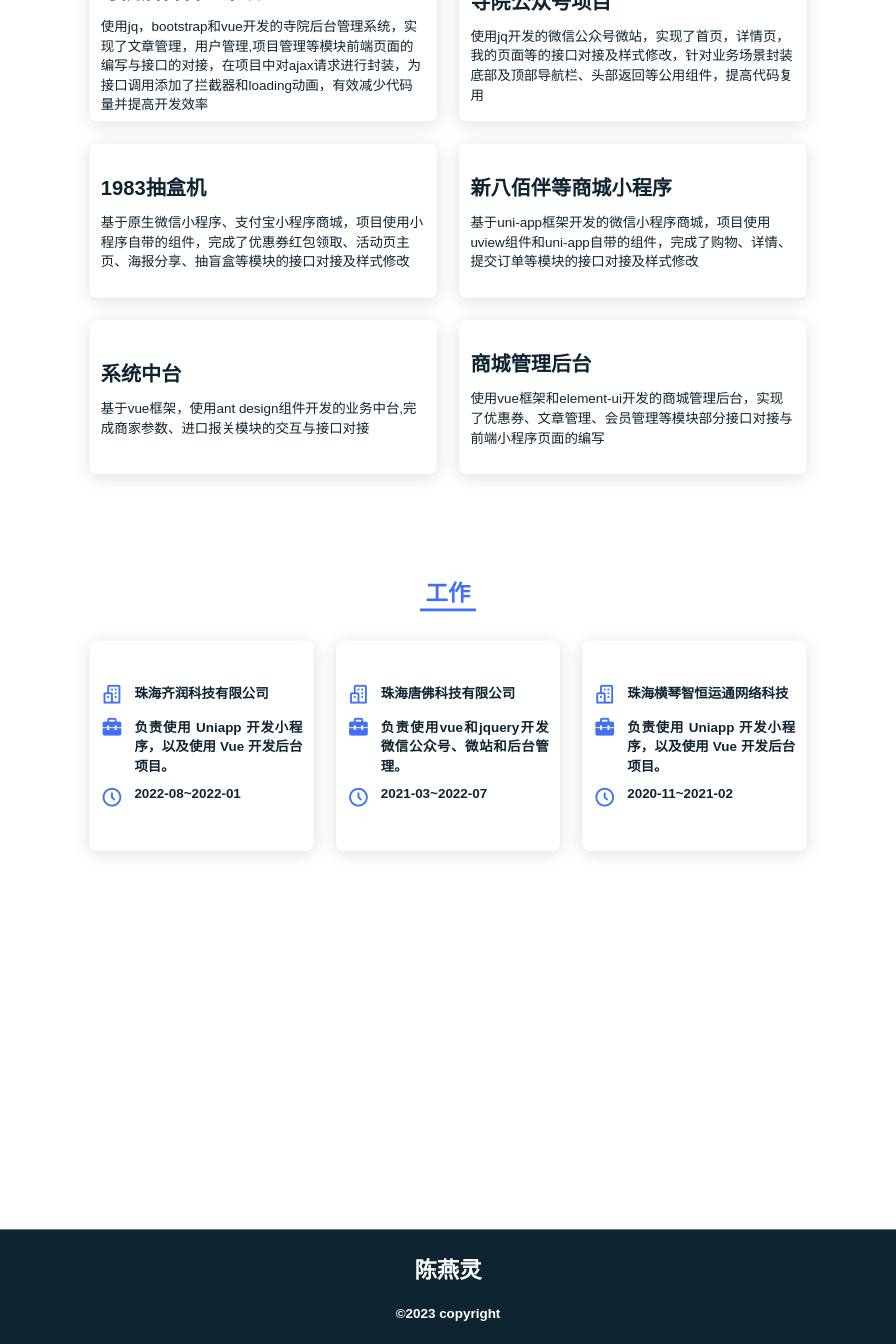
Repository: alinlinbo/yanling-resume-site
Page: index.html
An editor plug-in stored every save of this project. The page is shown before and after the next save, followed by the edit.
The browser window is 1280 px wide. The pictures show the part of the page from y = 2316 to 4236 px (the page is 4236 px tall), at 70% of full size.

Above is the page before, as saved 2023-09-22 17:55:52.

### index.html
<!DOCTYPE html>
<html lang="en">

<head>
    <meta charset="UTF-8">
    <meta name="viewport" content="width=device-width, initial-scale=1.0">

    <link rel="stylesheet" href="assets/css/style.css">
    <link href='https://unpkg.com/boxicons@2.1.4/css/boxicons.min.css' rel='stylesheet'>
    <link rel="stylesheet" href="https://cdnjs.cloudflare.com/ajax/libs/font-awesome/5.15.4/css/all.min.css" />
    <title>陈燕灵简历</title>

</head>

<body>
    <!-- header -->

    <header class="l-header">
        <nav class="nav bd-grid">
            <div>
                <a href="#" class="nav__logo">陈燕灵</a>
            </div>

            <div class="nav__menu" id="nav-menu">
                <ul class="nav__list">
                    <li class="nav__item">
                        <a href="#home" class="nav__link active">介绍</a>
                    </li>
                    <li class="nav__item">
                        <a href="#skills" class="nav__link">技术</a>
                    </li>
                    <li class="nav__item">
                        <a href="#about" class="nav__link">关于</a>
                    </li>
                    <li class="nav__item">
                        <a href="#project" class="nav__link">项目</a>
                    </li>
                    <li class="nav__item">
                        <a href="#work" class="nav__link">工作</a>
                    </li>

                    <!-- <li class="nav__item">
                        <a href="#contact" class="nav__link">Contact</a>
                    </li> -->
                </ul>
            </div>
            <div class="nav__toggle" id="nav-toggle">
                <svg class="icon svg-icon" aria-hidden="true">
                    <use xlink:href="#icon-list"></use>
                </svg>
            </div>
        </nav>
    </header>

    <main class="l-main">
        <!-- hrme -->
        <section class="home section bd-grid" id="home">
            <div class="home__data">
                <h1 class="home__title">
                    Hi,<br>我是<span class="home__title-color">陈燕灵</span><br> 前端开发
                </h1>
                <h1 class="phone">电话：15919213326</h1>
                <a href="#" style="position: relative; z-index: 10;" class="button" id="contact">联系我</a>
            </div>
            <div class="home__social">
                <a href="#" class="home__social-icon" id="wechat">
                    <svg class="svg-icon-home icon" aria-hidden="true">
                        <use xlink:href="#icon-weixin"></use>
                    </svg>
                </a>
                <div class="home__social-icon">
                    <a href="#" onclick="openNewWindow('https://github.com/alinlinbo')" id="myGit">
                        <svg class="svg-icon-home icon" aria-hidden="true">
                            <use xlink:href="#icon-github-fill"></use>
                        </svg>

                    </a>
                    <div class=" home__git">
                        <a href="#" onclick="openNewWindow('https://github.com/alinlinbo')">https://github.com/alinlinbo</a>
                    </div>
                </div>
                <div class="home__social-icon">
                    <a href="#" id="myPhone">
                        <svg class="svg-icon-home svg-icon icon" aria-hidden="true">
                            <use xlink:href="#icon-phone"></use>
                        </svg>
                    </a>
                    <div class=" home__phone">
                        <div>15919213326</div>
                    </div>
                </div>



                <div class=" home__code">
                    <img src="assets/img/wechat_code.png" alt="">
                </div>


            </div>

            <div class="home__img">
                <img class="home__img" src="assets/img/head1.jpg" alt="">
            </div>
        </section>

        <section class="skills section" id="skills">
            <h2 class="section-title">技术</h2>

            <div class="project__container bd-grid">
                <div class="skills__data">
                    <div class="skills__item">
                        <div class="skill__introduce">
                            <div class="skills__intr__r">
                                <i class='bx bxl-html5 skills__icon'></i><span>HTML5</span>
                            </div>

                            <div class="skills__bar">90%</div>
                        </div>

                        <div class="skills__line skills__line90"></div>
                    </div>
                </div>
                <div class="skills__data">
                    <div class="skills__item">
                        <div class="skill__introduce">
                            <div class="skills__intr__r">
                                <i class='bx bxl-css3 skills__icon'></i><span>CSS3</span>
                            </div>

                            <div class="skills__bar">80%</div>
                        </div>

                        <div class="skills__line80 skills__line"></div>
                    </div>
                </div>
                <div class="skills__data">
                    <div class="skills__item">
                        <div class="skill__introduce">
                            <div class="skills__intr__r">
                                <i class='bx bxl-javascript skills__icon'></i><span>JavaScript</span>
                            </div>

                            <div class="skills__bar">85%</div>
                        </div>

                        <div class="skills__line85 skills__line"></div>
                    </div>
                </div>
                <div class="skills__data">
                    <div class="skills__item">
                        <div class="skill__introduce">
                            <div class="skills__intr__r">
                                <i class='bx bxl-vuejs skills__icon color-vue'></i><span>Vue</span>
                            </div>

                            <div class="skills__bar">70%</div>
                        </div>

                        <div class="skills__line70 skills__line"></div>
                    </div>
                </div>
                <div class="skills__data">
                    <div class="skills__item">
                        <div class="skill__introduce">
                            <div class="skills__intr__r">
                                <i class='bx bx-link skills__icon color-vue'></i><span>小程序、Uniapp</span>
                            </div>

                            <div class="skills__bar">75%</div>
                        </div>

                        <div class=" skills__line skills__line75"></div>
                    </div>
                </div>
                <div class="skills__data">
                    <div class="skills__item">
                        <div class="skill__introduce">
                            <div class="skills__intr__r">
                                <i class='bx bx-landscape skills__icon color-vue'></i><span>Nuxt.js</span>
                            </div>

                            <div class="skills__bar">65%</div>
                        </div>

                        <div class=" skills__line skills__line65"></div>
                    </div>
                </div>
            </div>
        </section>
        <section class="about section" id="about">
            <h2 class="section-title">关于</h2>
            <div class="about__container bd-grid">
                <div class="about__img">
                    <img src="assets/img/about.jpg" alt="">
                </div>
                <div class="about__sub">
                    <h2 class="about__subtitle">I'am 陈燕灵</h2>
                    <p class="about__text">
                        多年 <span>JavaScript(TypeScript )</span>开发经验，熟练掌握<span> ES6+/CSS 3</span>新特性，熟练使用 Vue 、小程序、UniApp 等前端开发框架
                        具有一定的后端开发(<span>Node.js</span>)经验，掌握 <span>MySql</span> 等数据库查询
                        熟悉 <span>Nuxt.js</span>等 meta framework 的使用，能独立搭建<span>全栈 web</span> 应用</p>
                </div>
        </section>

        <section class="project section" id="project">
            <h2 class="section-title">项目</h2>
            <div class="project__container bd-grid">
                <div class="project__data">
                    <div class="project__item">
                        <h2 class="project__subtitle">个人线上简历</h2>
                        <span class="project__text">使用CSS和JavaScript开发的个人线上简历，利用媒体查询和Rem特性同时适配了PC端和移动端，且实现了一些动画</span>
                    </div>
                </div>
                <div class="project__data">
                    <div class="project__item">
                        <h2 class="project__subtitle">润通联合云管家</h2>
                        <span
                            class="project__text">基于uniapp框架开发的微信小程序的缴费小程序。实现了缴费、房屋管理、报修管理等模块的页面、接口对接以及交互。以及axios封装和导航栏等公用组件的封装。</span>
                    </div>
                </div>
                <div class="project__data">
                    <div class="project__item">
                        <h2 class="project__subtitle">寺院后台管理系统</h2>
                        <span
                            class="project__text">使用jq，bootstrap和vue开发的寺院后台管理系统，实现了文章管理，用户管理,项目管理等模块前端页面的编写与接口的对接，在项目中对ajax请求进行封装，为接口调用添加了拦截器和loading动画，有效减少代码量并提高开发效率</span>
                    </div>
                </div>
                <div class="project__data">
                    <div class="project__item">
                        <h2 class="project__subtitle">寺院公众号项目</h2>
                        <span
                            class="project__text">使用jq开发的微信公众号微站，实现了首页，详情页，我的页面等的接口对接及样式修改，针对业务场景封装底部及顶部导航栏、头部返回等公用组件，提高代码复用</span>
                    </div>
                </div>
                <div class="project__data">
                    <div class="project__item">
                        <h2 class="project__subtitle">1983抽盒机</h2>
                        <span
                            class="project__text">基于原生微信小程序、支付宝小程序商城，项目使用小程序自带的组件，完成了优惠券红包领取、活动页主页、海报分享、抽盲盒等模块的接口对接及样式修改</span>
                    </div>
                </div>
                <div class="project__data">
                    <div class="project__item">
                        <h2 class="project__subtitle">新八佰伴等商城小程序</h2>
                        <span
                            class="project__text">基于uni-app框架开发的微信小程序商城，项目使用uview组件和uni-app自带的组件，完成了购物、详情、提交订单等模块的接口对接及样式修改</span>
                    </div>
                </div>
                <div class="project__data">
                    <div class="project__item">
                        <h2 class="project__subtitle">系统中台</h2>
                        <span class="project__text">基于vue框架，使用ant design组件开发的业务中台,完成商家参数、进口报关模块的交互与接口对接</span>
                    </div>
                </div>
                <div class="project__data">
                    <div class="project__item">
                        <h2 class="project__subtitle">商城管理后台</h2>
                        <span
                            class="project__text">使用vue框架和element-ui开发的商城管理后台，实现了优惠券、文章管理、会员管理等模块部分接口对接与前端小程序页面的编写</span>
                    </div>
                </div>
        </section>

        <section class="work section" id="work">
            <h2 class="section-title">工作</h2>
            <div class="work__container bd-grid">

                <div class="work__data">
                    <div class="work__name">
                        <i class='bx bx-buildings work__icon'></i>
                        <span class="work__name">珠海齐润科技有限公司</span>
                    </div>
                    <div class="work__name">
                        <i class='bx bxs-briefcase-alt-2 work__icon'></i>
                        <span class="work__name">负责使用 Uniapp 开发小程序，以及使用 Vue 开发后台项目。</span>
                    </div>
                    <div class="work__name">
                        <i class='bx bx-time-five work__icon'></i>
                        <span class="work__name">2022-08~2022-01</span>
                    </div>
                </div>
                <div class="work__data">
                    <div class="work__name">
                        <i class='bx bx-buildings work__icon'></i>
                        <span class="work__name">珠海唐佛科技有限公司</span>
                    </div>
                    <div class="work__name">
                        <i class='bx bxs-briefcase-alt-2 work__icon'></i>
                        <span class="work__name">负责使用vue和jquery开发微信公众号、微站和后台管理。</span>
                    </div>
                    <div class="work__name">
                        <i class='bx bx-time-five work__icon'></i>
                        <span class="work__name">2021-03~2022-07</span>
                    </div>
                </div>
                <div class="work__data">
                    <div class="work__name">
                        <i class='bx bx-buildings work__icon'></i>
                        <span class="work__name">珠海横琴智恒运通网络科技</span>
                    </div>
                    <div class="work__name">
                        <i class='bx bxs-briefcase-alt-2 work__icon'></i>
                        <span class="work__name">负责使用 Uniapp 开发小程序，以及使用 Vue 开发后台项目。</span>
                    </div>
                    <div class="work__name">
                        <i class='bx bx-time-five work__icon'></i>
                        <span class="work__name">2020-11~2021-02</span>
                    </div>
                </div>

            </div>
        </section>
        <!-- <section class="contact section" id="contact">
            <h2 class="section-title">Contact</h2>
            <div class="contact__container bd-grid">
                <form action="" class="contact__form">
                    <input type="text" placeholder="Name" class="contact__input">
                    <input type="email" placeholder="Email" class="contact__input">
                    <label for="contact-message"></label>
                    <textarea id="contact-message" name="message" cols="30" rows="10" class="contact__input"></textarea>

                    <input type="button" value="Enviar" class="contact__button button">
                </form>
            </div>
        </section> -->
        <section class="work section">
            <svg>
                <!-- 三段直线 -->
                <path class="line" id="line" d="" stroke="#F89C21" stroke-width="2" fill="none" />
                <!-- 两个间隔小圆点 -->
                <circle class="d-none" id="c1" cx="200" cy="50" r="8" stroke="#F89C21" stroke-width="2" fill="white" />
                <circle class="d-none" id="c2" cx="100" cy="50" r="8" stroke="#F89C21" stroke-width="2" fill="white" />
            </svg>
        </section>

    </main>

    <footer class="footer">
        <p class="footer__title">陈燕灵</p>
        <div style="display: none;" class="footer__social">
            <a href="#" class="footer__icon"><i class='bx bxl-facebook'></i></a>
            <a href="#" class="footer__icon"><i class='bx bxl-instagram'></i></a>
            <a href="#" class="footer__icon"><i class='bx bxl-twitter'></i></a>
        </div>
        <p>&#169;2023 copyright</p>
    </footer>
    <!-- <script src="https://unpkg.com/scrollreveal"></script> -->
    <script src="assets/js/main.js"></script>
    <script src="assets/js/iconfont.js"></script>
</body>

</html>

### assets/js/main.js
function openNewWindow(url) {
  window.open(url, '_blank');
}
//判断是否是移动设备
function isMobileDevice() {
  return /Android|webOS|iPhone|iPad|iPod|BlackBerry|IEMobile|Opera Mini/i.test(navigator.userAgent);
}

// 点击联系
const contactLink = document.querySelector('#contact')
const phoneElement = document.querySelector('.phone')

contactLink.addEventListener('click', (event) => {
  event.preventDefault()
  phoneElement.style.opacity = '.8'
})

const showMenu = (toggleId, navId) => {
  const toggle = document.getElementById(toggleId),
    nav = document.getElementById(navId)

  if (toggle && nav) {
    toggle.addEventListener('click', () => {
      nav.classList.toggle('show')
    })
  }
}

showMenu('nav-toggle', 'nav-menu')

// 点击微信图标显示微信二维码
const wechat = document.getElementById('wechat')
const homeCode = document.querySelector('.home__code')
wechat.addEventListener('mouseenter', () => {
  homeCode.style.animation = 'fadeIn 0.5s ease-in-out forwards'
  homeCode.style.display = 'block'
})

wechat.addEventListener('mouseleave', () => {
  homeCode.style.animation = 'fadeOut 1s ease-in-out forwards'
  homeCode.style.display = 'none'
})

//hover github
const github = document.getElementById('myGit')
const homeGit = document.querySelector('.home__git')
myGit.addEventListener('mouseenter', () => {
  homeGit.style.animation = 'fadeIn 0.5s ease-in-out forwards'
  homeGit.style.display = 'block'
})

myGit.addEventListener('mouseleave', () => {
  homeGit.style.animation = 'fadeOut 1s ease-in-out forwards'
  homeGit.style.display = 'none'
})

//hover phone
const myPhone = document.getElementById('myPhone')
const homePhone = document.querySelector('.home__phone')
myPhone.addEventListener('mouseenter', () => {
  homePhone.style.animation = 'fadeIn 0.5s ease-in-out forwards'
  homePhone.style.display = 'block'
  if (isMobileDevice()) {
    window.location.href = 'tel:' + '15919213326';
  }else{
    console.log('pc')
  }
})

myPhone.addEventListener('mouseleave', () => {
  homePhone.style.animation = 'fadeOut 1s ease-in-out forwards'
  homePhone.style.display = 'none'

})


// active and remove menu
const navLink = document.querySelectorAll('.nav__link')
function linkAction() {
  // active link
  navLink.forEach(n => n.classList.remove('active'))
  this.classList.add('active')

  // // remove menu mobile
  const navMenu = document.getElementById('nav-menu')
  navMenu.classList.remove('show')
}

navLink.forEach(n => n.addEventListener('click', linkAction))

// JavaScript
function isElementInViewport(el) {
  if (!el) {
    return false;
  }

  var rect = el.getBoundingClientRect();
  return (
    rect.top >= 0 &&
    // rect.left >= 0 &&
    rect.bottom <= (window.innerHeight || document.documentElement.clientHeight) +200
    // &&rect.right <= (window.innerWidth || document.documentElement.clientWidth)
  );
}

function isElements(element, index) {

  if (isElementInViewport(element)) {
    // setTimeout(() => {
    //   element.classList.add('animate');
    // }, index * 200)
    element.classList.add('animate');

  } else {
    element.classList.remove('animate');
  }
}

function handleLoad(el) {
  var element = document.querySelector(el);
  if (isElementInViewport(element)) {
    element.classList.add('animate');
  } else {
    if(element){
      element.classList.remove('animate');
    }

  }

  if (el === '.project__data' || el === '.work__data') {
    var elements = document.querySelectorAll(el);
    elements.forEach((element, index) => {
      isElements(element, index)
    })
  }

}

window.addEventListener('scroll', function () {
  handleLoad('.home__title')
  handleLoad('.about__img')
  handleLoad('.about__sub')
  handleLoad('.button')
  handleLoad('.home__social')
  handleLoad('.project__data')
  handleLoad('.work__data')
  handleLoad('.skills__line90')
  handleLoad('.skills__line85')
  handleLoad('.skills__line80')
  handleLoad('.skills__line70')
  handleLoad('.skills__line75')
  handleLoad('.skills__line65')
});

window.addEventListener('load', function () {
  handleLoad('.home__title')
  handleLoad('.about__img')
  handleLoad('.about__sub')
  handleLoad('.button')
  handleLoad('.home__social')
  handleLoad('.project__data')
  handleLoad('.work__data')
  handleLoad('.skills__line90')
  handleLoad('.skills__line85')
  handleLoad('.skills__line80')
  handleLoad('.skills__line70')
  handleLoad('.skills__line75')
  handleLoad('.skills__line65')
});



const navtt = document.getElementById('nav-menu');
// const navLink = document.querySelectorAll('.nav__link');

window.addEventListener('scroll', () => {
  const scrollPosition = window.scrollY;
  const windowHeight = window.innerHeight;

  navLink.forEach(link => {
    const section = document.querySelector(link.hash);

    // if (section.offsetTop <= scrollPosition + windowHeight / 2 && section.offsetTop + section.offsetHeight > scrollPosition + windowHeight / 2) {

    //   navLink.forEach((link,index) => {
    //     link.classList.remove('active');
    //   })
    //   link.classList.add('active');

    // }

    if (section && section.offsetTop <= scrollPosition + windowHeight / 2 && section.offsetTop + section.offsetHeight > scrollPosition + windowHeight / 2) {
      navLink.forEach((link,index) => {
        link.classList.remove('active');
      })
      link.classList.add('active');
    }

  });
});

Loaded but not shown: assets/js/iconfont.js (library); assets/css/style.css (874 lines, source omitted)

After the next save:
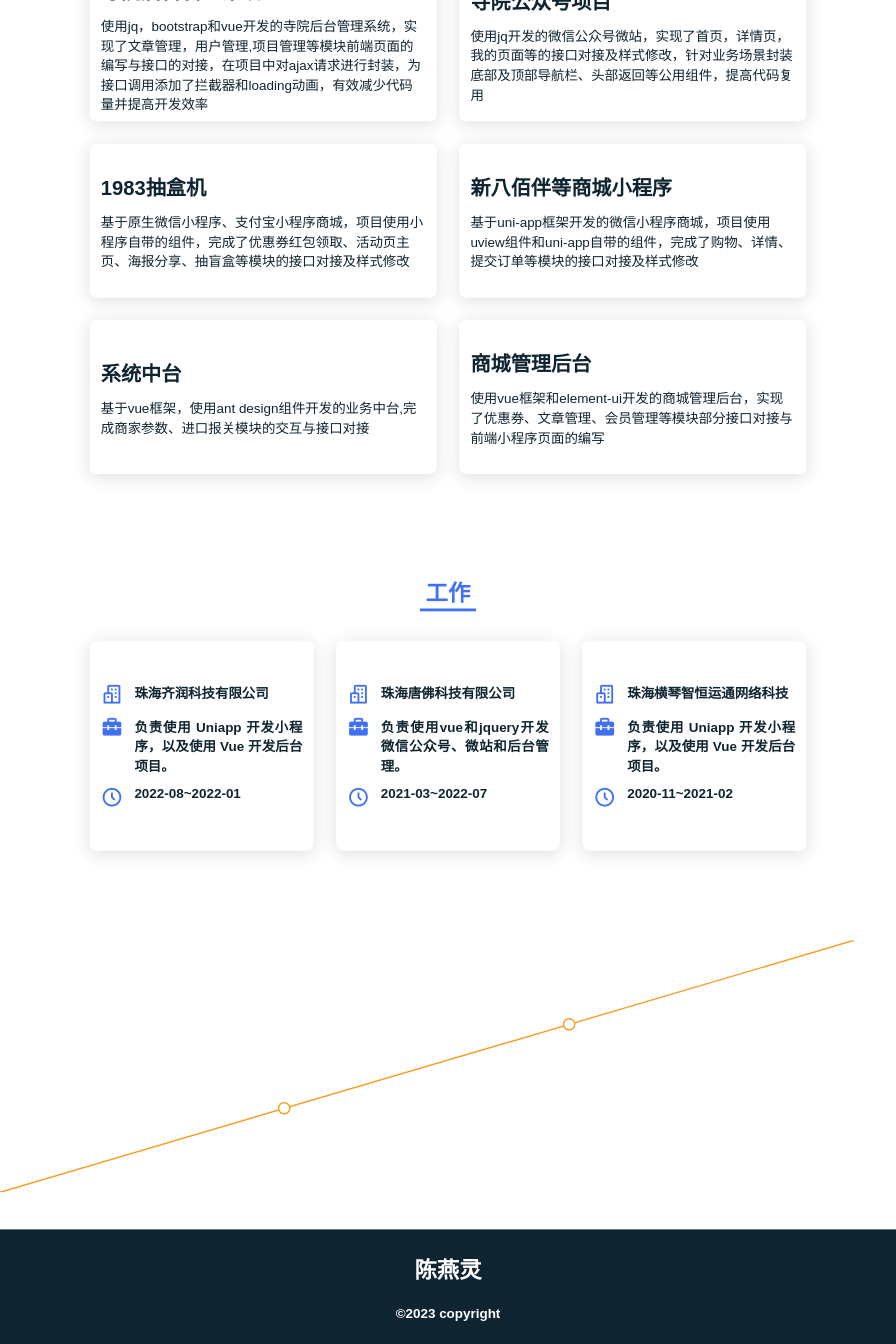
Saved 83 s later.
--- a/assets/js/main.js
+++ b/assets/js/main.js
@@ -198,3 +198,32 @@ window.addEventListener('scroll', () => {
 
   });
 });
+
+// 工作特效
+const line = document.getElementById('line'),
+            c1 = document.getElementById('c1'),
+            c2 = document.getElementById('c2')
+
+        //获取vw
+        const vw = window.innerWidth - 60;
+        const vh = window.innerHeight ;
+        console.log(vw)
+        let d1W = Math.floor(vw / 3),
+            d2W = Math.floor(vw * 2 / 3),
+            d3W = Math.floor(vw)
+        let d1H = Math.floor(vh * 0.5 * 2 / 3),
+            d2H = Math.floor(vh * 0.5 / 3)
+        console.log(d1H, d2H)
+        line.setAttribute('d', `M 0 ${vh * 0.5} L ${d3W} 0`)
+        // c1的坐标
+        c1.setAttribute('cx', d1W)
+        c1.setAttribute('cy', d1H)
+        // c2的坐标
+        c2.setAttribute('cx', d2W)
+        c2.setAttribute('cy', d2H)
+        setTimeout(() => {
+            c1.classList.remove('d-none')
+        }, 900)
+        setTimeout(() => {
+            c2.classList.remove('d-none')
+        }, 1800)
